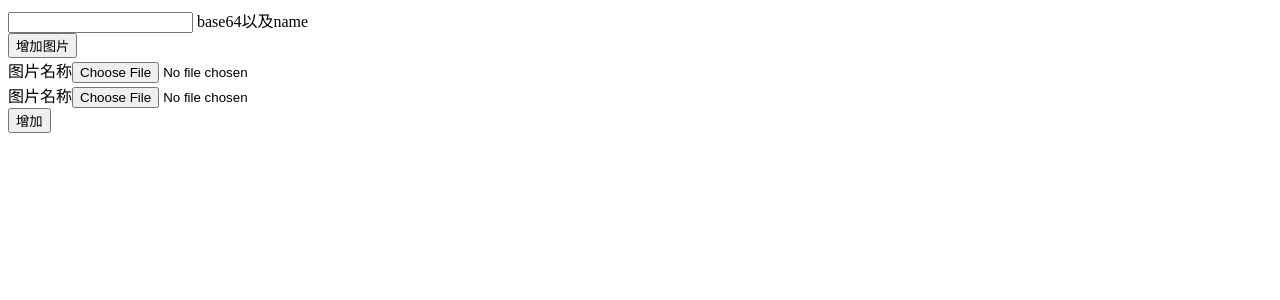
Repository: xoadoCompany/xoado
Page: http://localhost/xoado-cloud/
An editor plug-in stored every save of this project. The page is shown before and after the next save, followed by the edit.
The browser window is 1280 px wide. The pictures show the whole page.
The page is served by Tomcat 9. Nobody is signed in. The application's start-up code is not run.

Above is the page before, as saved 2018-08-29 07:08:30.

After the next save:
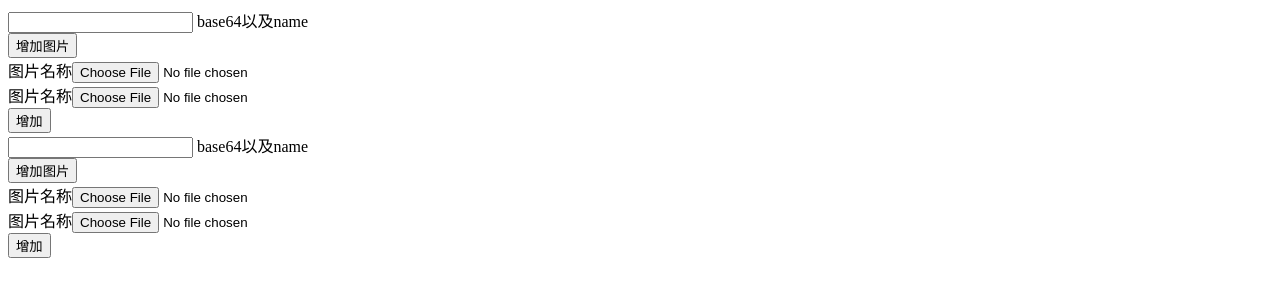
Saved 72 min 9 s later.
--- a/xoado/xoado-cloud/src/main/webapp/index.jsp
+++ b/xoado/xoado-cloud/src/main/webapp/index.jsp
@@ -17,5 +17,15 @@
 		<input type="submit" value="增加">
 	</form>
 
+	<form action="/files/filesBase64" method="post" enctype="multipart/form-data">
+		<input type="text" name="base64text">   base64以及name<br>
+		<input type="submit" value="增加图片">
+	</form>
+	<form action="/files/a" method="post" enctype="multipart/form-data">
+		图片名称<input type="file" name="attachmentpicture"><br>
+		图片名称<input type="file" name="attachmentpicture"><br>
+		<input type="submit" value="增加">
+	</form>
+
 </body>
 </html>
